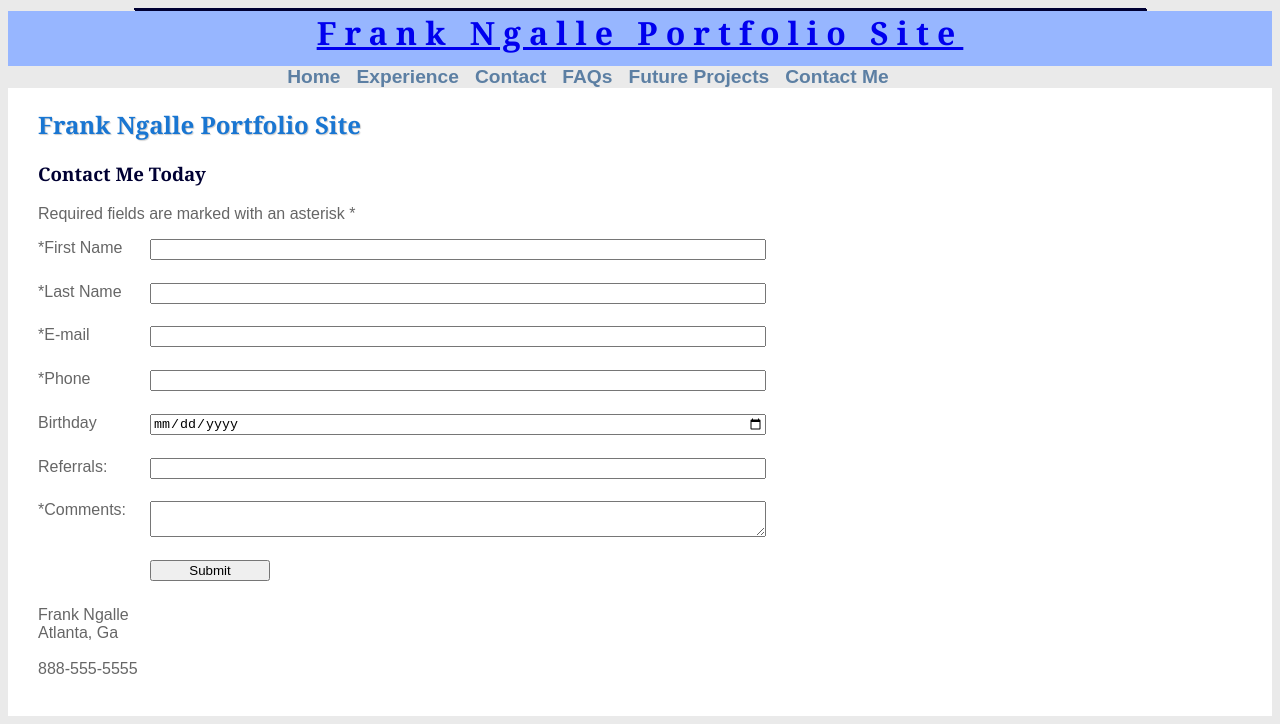
Repository: FNTech126/fntech126.github.io
Page: contactme.html
The author's editor kept a copy of each file at every save. The page is drawn from the files as they stood at one save, then again after the next save.
The browser window is 1280 px wide. The pictures show the whole page.

Above is the page before, as saved 2022-10-16 19:23:35.

After the next save:
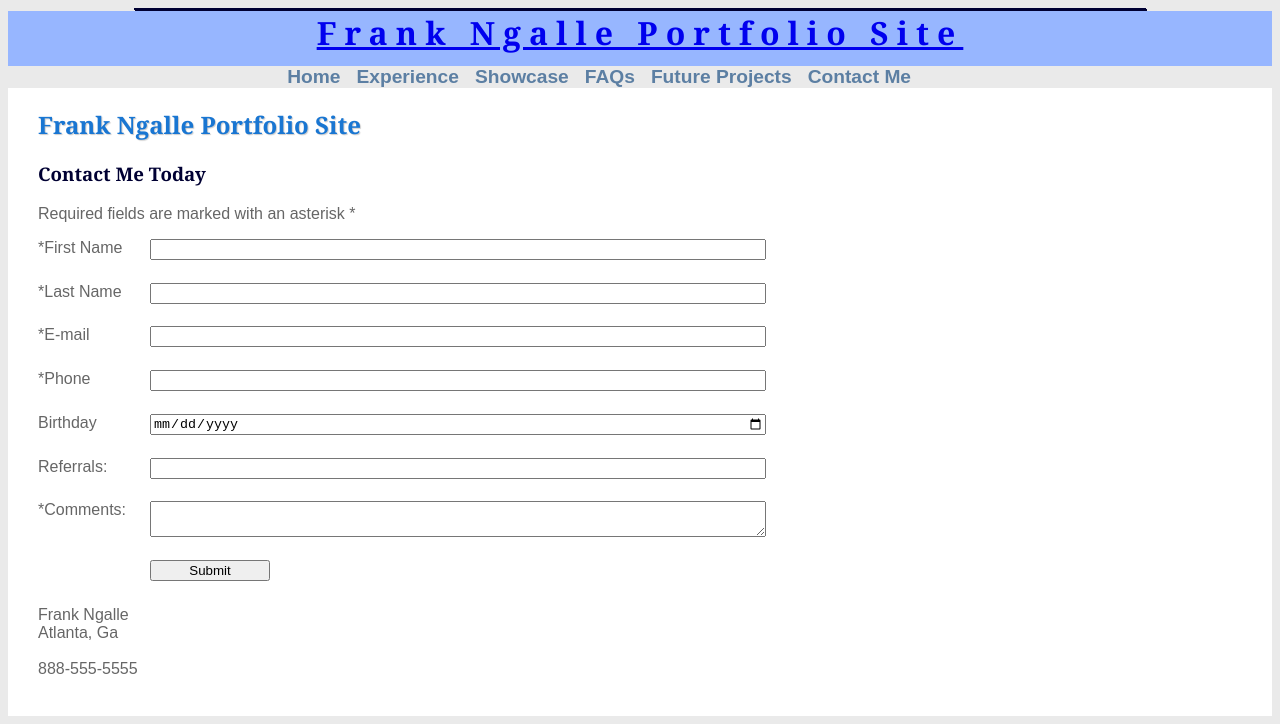
Saved 7 days later.
--- a/contactme.html
+++ b/contactme.html
@@ -19,7 +19,7 @@
     <nav>
         <a href="index.html">Home<b></b></a> &nbsp;
         <a href="experience.html">Experience</a> &nbsp;
-        <a href="contact.html">Contact</a> &nbsp;
+        <a href="showcase.html">Showcase</a> &nbsp;
         <a href="faqs.html">FAQs</a> &nbsp;
         <a href="futureprojects.html">Future Projects</a> &nbsp;
         <a href="contactme.html">Contact Me</a> &nbsp;
